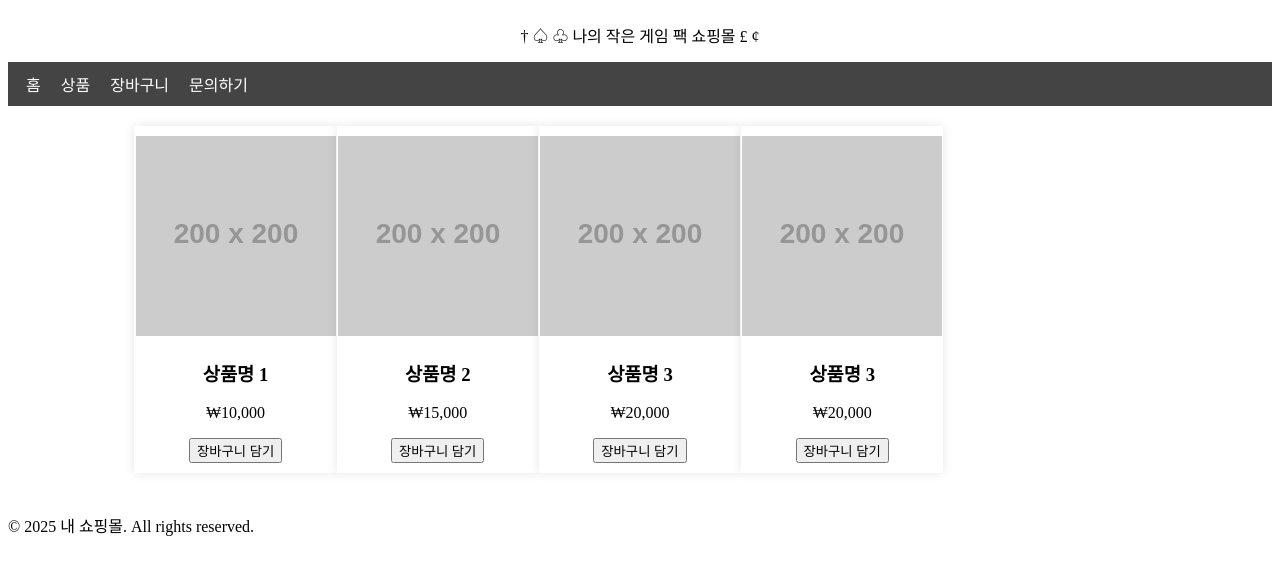
Repository: SeungYeon04/A_AssetsJSP
Page: http://localhost/JSP_Start01/
These files come from the project's save history. The page is drawn as it stood at one moment and after the next save; the edit follows.
The browser window is 1280 px wide. The pictures show the whole page.
Some web fonts or font styles are not loaded; a fallback is used. The page is served by Tomcat 9.

Above is the page before, as saved 2025-03-11 05:55:41.

### JSP_Start01/src/main/webapp/index.jsp
<%@ page language="java" contentType="text/html; charset=UTF-8"
    pageEncoding="UTF-8"%>
<!DOCTYPE html>
<html>
<head>
<meta charset="UTF-8">
<title>Insert title here</title>
</head>
<body>
	<header>† ♤ ♧  나의 작은 게임 팩 쇼핑몰 £ ¢</header>

    <nav>
        <a href="#">홈</a>
        <a href="#">상품</a>
        <a href="#">장바구니</a>
        <a href="#">문의하기</a>
    </nav>

    <div class="container">
        <div class="product">
            <img src="https://via.placeholder.com/200" alt="상품1">
            <h3>상품명 1</h3>
            <p>₩10,000</p>
            <button>장바구니 담기</button>
        </div>

        <div class="product">
            <img src="https://via.placeholder.com/200" alt="상품2">
            <h3>상품명 2</h3>
            <p>₩15,000</p>
            <button>장바구니 담기</button>
        </div>

        <div class="product">
            <img src="https://via.placeholder.com/200" alt="상품3">
            <h3>상품명 3</h3>
            <p>₩20,000</p>
            <button>장바구니 담기</button>
        </div>
        <div class="product">
            <img src="https://via.placeholder.com/200" alt="상품3">
            <h3>상품명 3</h3>
            <p>₩20,000</p>
            <button>장바구니 담기</button>
        </div>
    </div>

    <footer>© 2025 내 쇼핑몰. All rights reserved.</footer>
    <style>

    	body {
    		font-family: 'Ownglyph_ParkDaHyun';
    	}

    	header {
    		text-align: center;
    		padding: 15px 0;
    	}



	    @font-face {
		    font-family: 'Ownglyph_ParkDaHyun';
		    src: url('https://fastly.jsdelivr.net/gh/projectnoonnu/2411-3@1.0/Ownglyph_ParkDaHyun.woff2') format('woff2');
		    font-weight: normal;
		    font-style: normal;
		}

		nav {
			background-color: #444;
			padding: 10px;
			text-align: ceter;

			a {
				color: white;
            	text-decoration: none;
            	margin: 0 8px;
            	/*font-size: 18px;*/
			 }

			a:hover {
            	text-decoration: underline;
        	}
		}

		/* 메인콘텐츠 */
		.container {
			width: 80%;
			margin: 20px auto;
			display: flex;
			flex-wrap: wrap;
			jusify-content:	space-between;
		}

		.product {
			width: 20%; /* 너비 추가 */
			background: white;
			padding-top: 10px;
			padding-bottom: 10px;
			box-shadow: 0 0 10px rgba(0, 0, 0, 0.1);
			margin-bottom: 20px;
			text-align: center;

		}

    </style>
</body>
</html>

After the next save:
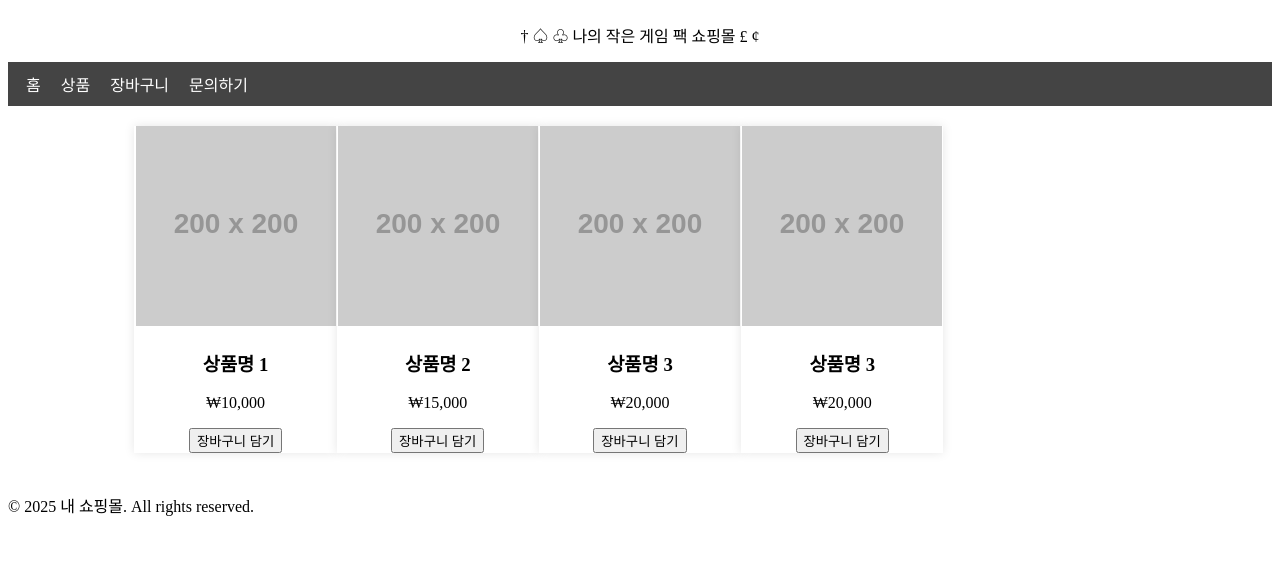
Saved 9 s later.
--- a/JSP_Start01/src/main/webapp/index.jsp
+++ b/JSP_Start01/src/main/webapp/index.jsp
@@ -94,9 +94,8 @@
 
 		.product {
 			width: 20%; /* 너비 추가 */
+
 			background: white;
-			padding-top: 10px;
-			padding-bottom: 10px;
 			box-shadow: 0 0 10px rgba(0, 0, 0, 0.1);
 			margin-bottom: 20px;
 			text-align: center;

After the 6 saves that followed:
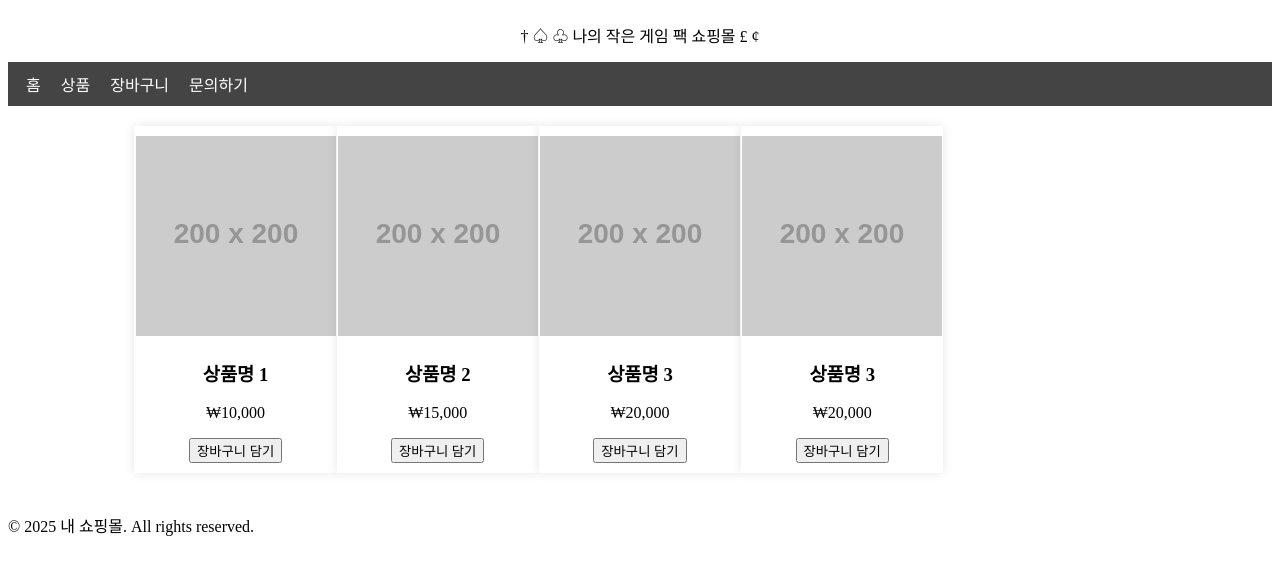
The 6 saves are shown as one change because 5 left the picture as it was.
The last was saved 57 s later.
--- a/JSP_Start01/src/main/webapp/index.jsp
+++ b/JSP_Start01/src/main/webapp/index.jsp
@@ -94,8 +94,9 @@
 
 		.product {
 			width: 20%; /* 너비 추가 */
-
 			background: white;
+			padding-top: 10px;
+			padding-bottom: 10px;
 			box-shadow: 0 0 10px rgba(0, 0, 0, 0.1);
 			margin-bottom: 20px;
 			text-align: center;
